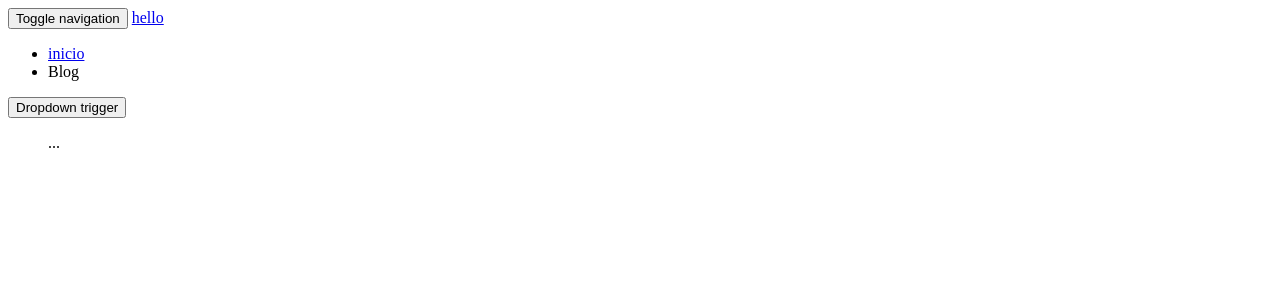
Repository: anamariagr/hello-blog
Page: hello_blog_angular/app/views/menu.html
The author's editor kept a copy of each file at every save. The page is drawn from the files as they stood at one save, then again after the next save.
The browser window is 1280 px wide. The pictures show the whole page.

Above is the page before, as saved 2021-12-16 18:54:40.

After the next save:
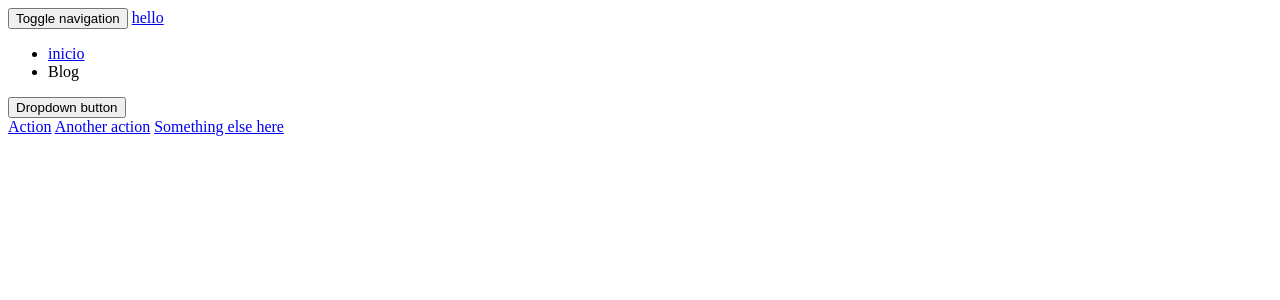
Saved 75 s later.
--- a/hello_blog_angular/app/views/menu.html
+++ b/hello_blog_angular/app/views/menu.html
@@ -23,13 +23,14 @@
 
           </ul>
           <div class="dropdown">
-            <button id="dLabel" type="button" data-toggle="dropdown" aria-haspopup="true" aria-expanded="false">
-              Dropdown trigger
-              <span class="caret"></span>
+            <button class="btn btn-secondary dropdown-toggle" type="button" id="dropdownMenuButton" data-toggle="dropdown" aria-haspopup="true" aria-expanded="false">
+              Dropdown button
             </button>
-            <ul class="dropdown-menu" aria-labelledby="dLabel">
-              ...
-            </ul>
+            <div class="dropdown-menu" aria-labelledby="dropdownMenuButton">
+              <a class="dropdown-item" href="#">Action</a>
+              <a class="dropdown-item" href="#">Another action</a>
+              <a class="dropdown-item" href="#">Something else here</a>
+            </div>
           </div>
 
         </div>
